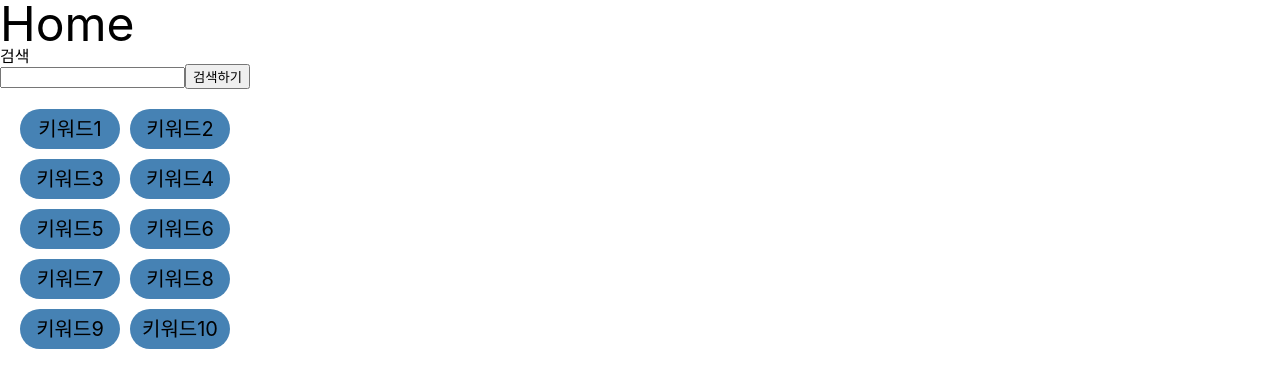
Repository: sunoo-lee/Star-Explore
Page: /
These files come from the project's save history. The page is drawn as it stood at one moment and after the next save; the edit follows.
The browser window is 1280 px wide. The pictures show the whole page.
The project was rebuilt for these pictures with package versions that can differ from the ones it lists, and the page was loaded fresh each time.

Above is the page before, as saved 2022-10-14 03:39:19.

After the next save:
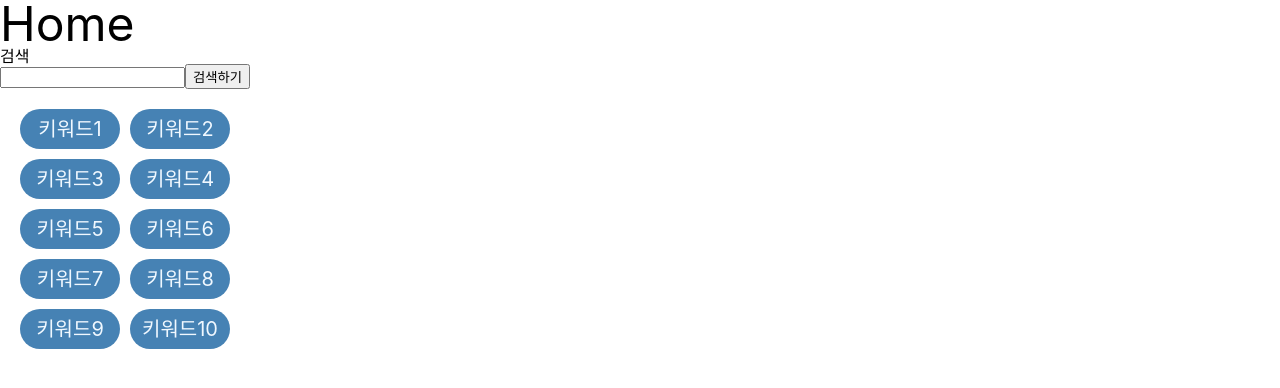
Saved 21 s later.
--- a/src/Style.css
+++ b/src/Style.css
@@ -39,4 +39,5 @@ h1 {
 
 .keyword ul li .off {
   background-color: steelblue;
+  color: aliceblue;
 }
